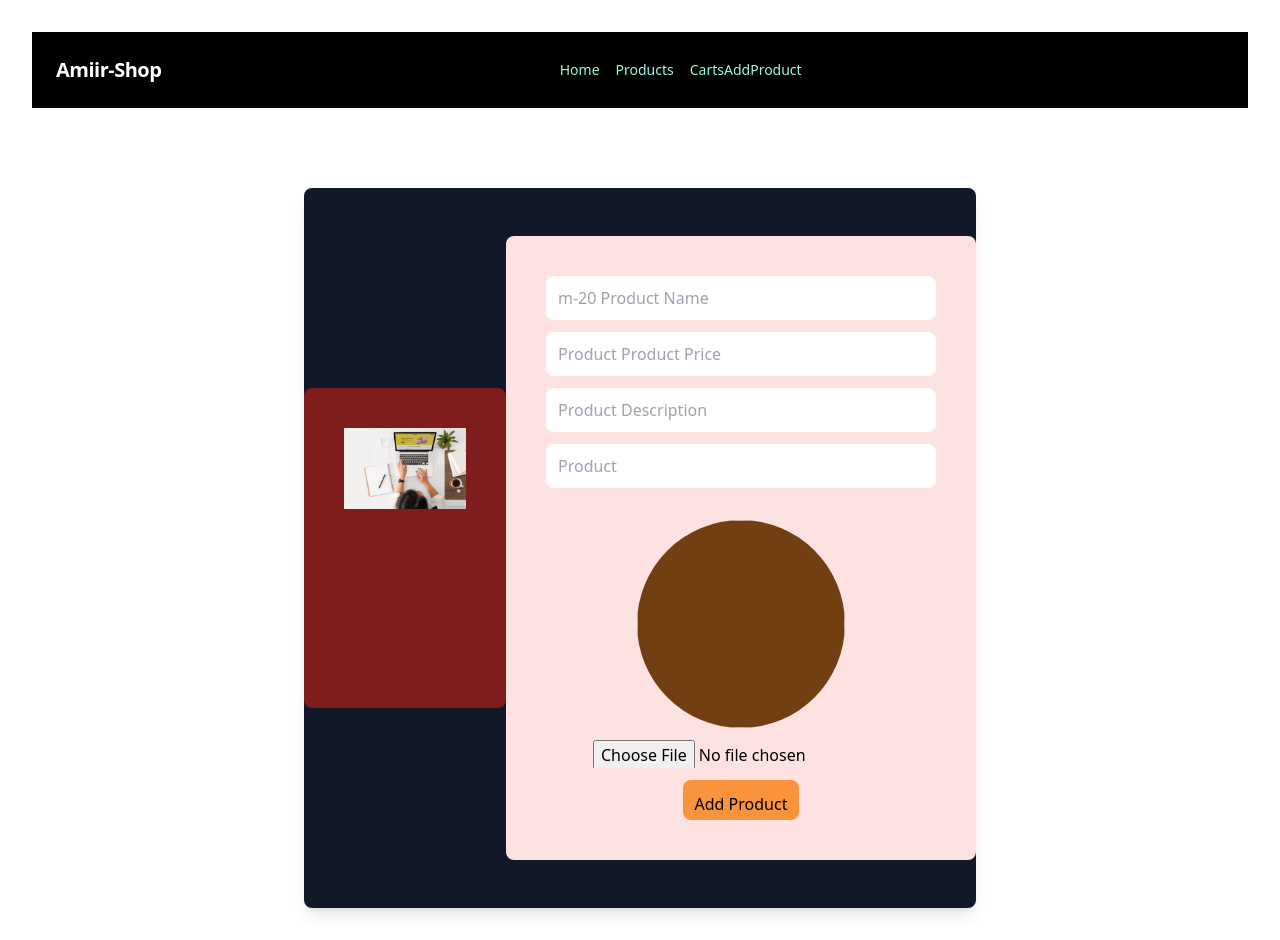
Repository: ENG-AMIIR-MUSE/ECommerce-app-using-react
Page: /addProducts
The author's editor kept a copy of each file at every save. The page is drawn from the files as they stood at one save, then again after a run of saves.
The browser window is 1280 px wide. The pictures show the whole page.
The page's requests for data from a server got no answer. The project was rebuilt for these pictures with package versions that can differ from the ones it lists, and the page was loaded fresh each time. No one was signed in, and anything a server would have sent is missing. Also part of the build but not shown: vite.config.js, src/Components/productList.js, src/Components/productCard.js.

Above is the page before, as saved 2023-06-24 20:28:16.

After the next 2 saves:
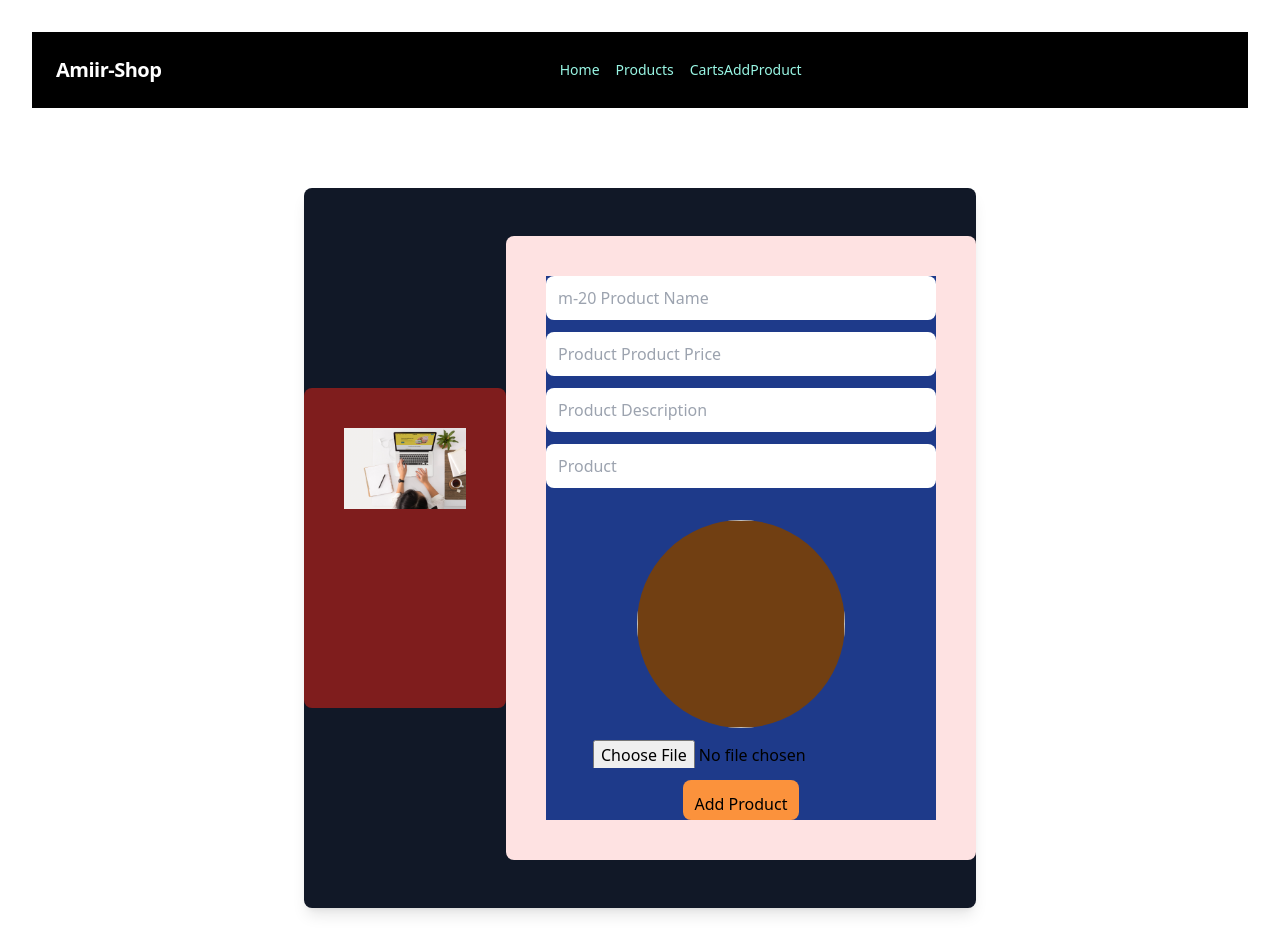
The 2 saves are shown as one change because they came seconds apart.
The last was saved 7 s later.
--- a/src/Components/AddProduct.jsx
+++ b/src/Components/AddProduct.jsx
@@ -11,7 +11,7 @@ const  AddProduct = ()=>{
            <img src= {reactsvg}  alt="missing-product-image"/>
           </div>
           <div className=" p-10 m-10 rounded-lg bg-red-100 mx-auto bg-green-50">
-          <form className="space-y-3 mx-auto bg-">
+          <form className="space-y-3 mx-auto bg-blue-900">
 
            <input type="text"placeholder="m-20 Product Name" className="w-full rounded-lg h-11  pl-3"/>
           <input type="text"placeholder="Product Product Price" className="w-full rounded-lg h-11  pl-3"/>
